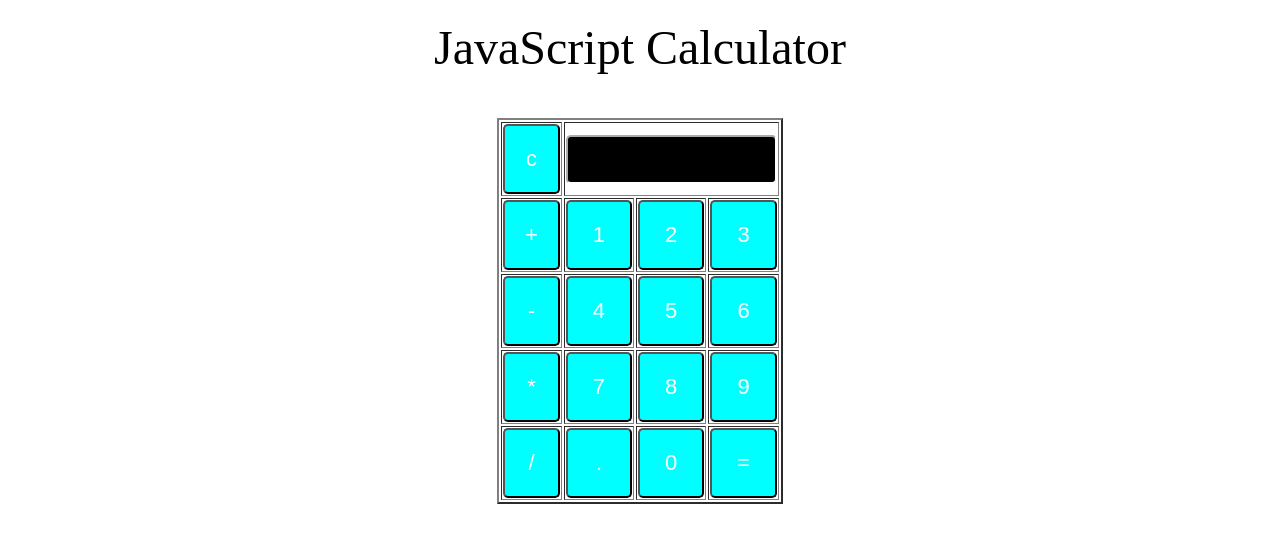
Repository: spidero7/Simple-Calculator
Page: index.html
The author's editor kept a copy of each file at every save. The page is drawn from the files as they stood at one save, then again after the next save.
The browser window is 1280 px wide. The pictures show the whole page.

Above is the page before, as saved 2021-09-15 07:31:55.

After the next save:
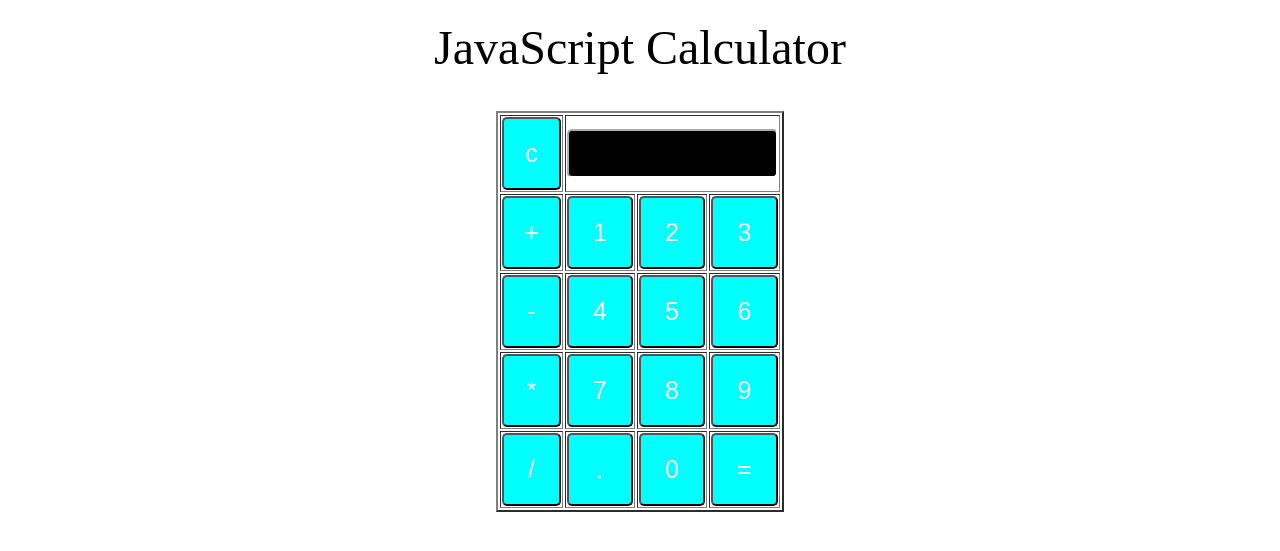
Saved 51 s later.
--- a/style.css
+++ b/style.css
@@ -30,7 +30,7 @@ input[type="button"] {
     border-color: black;
     width: 100%;
     padding: 20px;
-    font-size: 22px;
+    font-size: 25px;
     cursor: pointer;
 }
 
